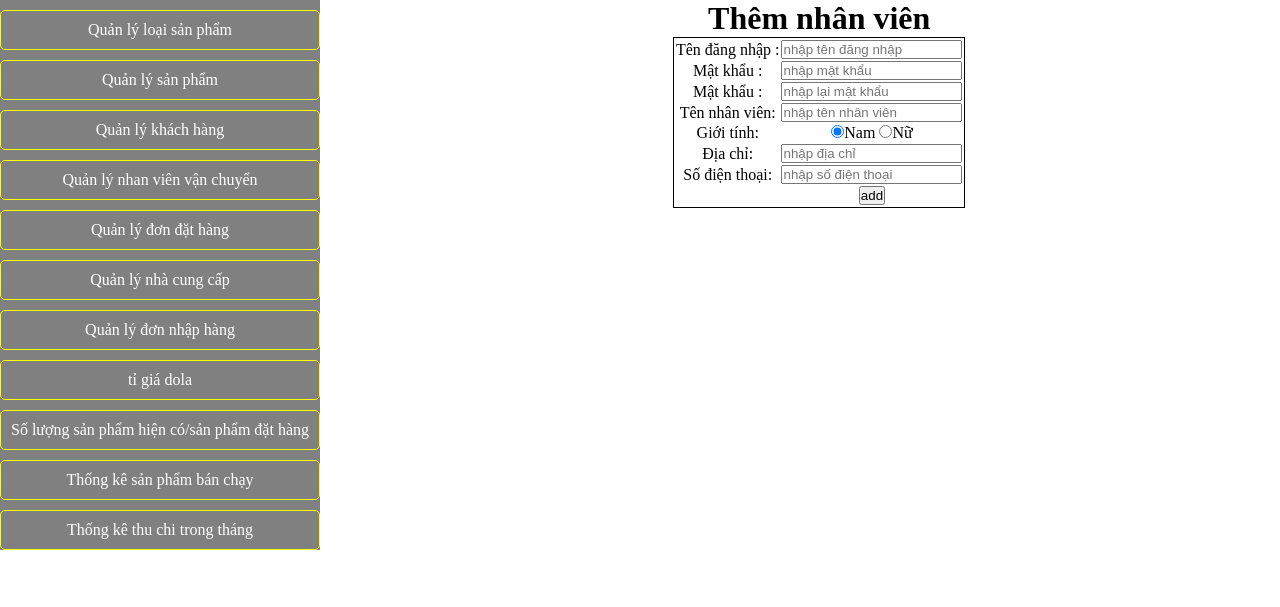
Repository: tranminhtam92/web
Page: http://localhost/demoview/admin/AddEmployee.jsp
An editor plug-in stored every save of this project. The page is shown before and after the next save, followed by the edit.
The browser window is 1280 px wide. The pictures show the whole page.
The page is served by Tomcat 9. Other server files are loaded and not shown. The template is opened directly, without the code that normally fills it, so the values that code supplies are empty.

Above is the page before, as saved 2016-12-27 07:30:04.

### Code/demoview/WebContent/admin/AddEmployee.jsp
<%@ page language="java" contentType="text/html; charset=UTF-8"
    pageEncoding="UTF-8"%>
      <%@ taglib uri="http://java.sun.com/jsp/jstl/core" prefix="c"%>
<!DOCTYPE html PUBLIC "-//W3C//DTD HTML 4.01 Transitional//EN" "http://www.w3.org/TR/html4/loose.dtd">
<html>
<head>
<meta http-equiv="Content-Type" content="text/html; charset=UTF-8">
<link href="${pageContext.request.contextPath}/admin/Adminstyle.css" rel="stylesheet" type="text/css">
<script type="text/javascript">
function checkpassword(){
	var pass=document.getElementById("password").value;
	var repass=document.getElementById("repassword").value;
	if(pass!=repass){
		document.getElementById("error").innerHTML="lỗi, nhập lại mật khẩu không chính xác"
		return false
	}
	return true;
}
</script>
<title>Quản lý nhân viên</title>
</head>
<body>
<div class="wrapper">
<div class="content">
<div class="left">
<jsp:include page="menu.jsp"></jsp:include>
</div>
<div class="right">
<h1>Thêm nhân viên</h1>
<h2 id="error">${error}</h2>
<div class="table">
<form action="${pageContext.request.contextPath}/Adminnhanvienduyetdon" method="post" onsubmit="return checkpassword()">
<table>
<tr>
<td>Tên đăng nhập :</td>

<td> <input type="text" name="employeecode" placeholder="nhập tên đăng nhập" value="${employee.manhanvien}" required></td>
</tr>
<tr>
<td>Mật khẩu :</td>

<td> <input id="password" type="password" name="password" placeholder="nhập mật khẩu"  value="${password}" required></td>
</tr>
<td>Mật khẩu :</td>

<td> <input id="repassword" type="password" name="repassword" placeholder="nhập lại mật khẩu" value="${password}" required></td>
</tr>
<tr>
<td> Tên nhân viên:</td>
<td> <input type="text" name="employeename" placeholder="nhập tên nhân viên" value="${employee.tennhanvien}" required></td>
</tr>
<tr>
<td> Giới tính:</td>
<td>
<c:if test="${employee==null}">
 <input type="radio" name="sex"  value="true" checked="checked">Nam
<input type="radio" name="sex"  value="false" >Nữ</td>
</c:if>
<c:if test="${employee.gioitinh==true}">
 <input type="radio" name="sex"  value="true" checked="checked">Nam
<input type="radio" name="sex"  value="false" >Nữ</td>
</c:if>
<c:if test="${employee.gioitinh==false}">
 <input type="radio" name="sex"  value="true" >Nam
<input type="radio" name="sex"  value="false" checked="checked" >Nữ</td>
</c:if>
</tr>
<tr>
<td> Địa chỉ:</td>
<td> <input type="text" name="employeeaddress" placeholder="nhập địa chỉ" value="${employee.diachi}" required></td>
</tr>
<tr>
<td> Số điện thoại:</td>
<td> <input type="text" name="employeetel" placeholder="nhập số điện thoại" value="${employee.sodienthoai}" required></td>
</tr>

<tr>
<td></td>
<td> <input type="submit" name="key" value="add"></td>
</tr>
</table>
</form>
</div>
</div>
</div>
</div>
</body>
</html>

### Code/demoview/WebContent/admin/menu.jsp
<%@ page language="java" contentType="text/html; charset=UTF-8"
    pageEncoding="UTF-8"%>
      <%@ taglib uri="http://java.sun.com/jsp/jstl/core" prefix="c"%>
          <%@ taglib prefix="fmt" uri="http://java.sun.com/jsp/jstl/fmt" %>
<!DOCTYPE html PUBLIC "-//W3C//DTD HTML 4.01 Transitional//EN" "http://www.w3.org/TR/html4/loose.dtd">
<html>
<head>
<meta http-equiv="Content-Type" content="text/html; charset=UTF-8">
<link href="${pageContext.request.contextPath}/admin/Adminstyle.css" rel="stylesheet" type="text/css">
<title>Quản lý sản phẩm</title>
</head>
<body>
<ul>
<li><a href="${pageContext.request.contextPath}/AdminProducttype?key=view"> Quản lý loại sản phẩm</a>
<li><a href="${pageContext.request.contextPath}/Adminproduct?key=view"> Quản lý sản phẩm</a>
<li><a href="${pageContext.request.contextPath}/Admincustomer?key=view"> Quản lý khách hàng</a>
<li><a href="${pageContext.request.contextPath}/Adminemployee?key=view"> Quản lý nhan viên vận chuyển</a>
<li><a href="${pageContext.request.contextPath}/Adminorder?key=view"> Quản lý đơn đặt hàng</a>
<li><a href="${pageContext.request.contextPath}/Adminmanufactor?key=view"> Quản lý nhà cung cấp</a>
<li><a href="${pageContext.request.contextPath}/Adminimportproduct?key=view"> Quản lý đơn nhập hàng</a>
<li><a href="${pageContext.request.contextPath}/Tygiado?key=view"> tỉ giá dola</a>
<c:if test="${sessionScope.role!=null}">
<c:if test="${sessionScope.role=='quantri'}">
<li><a href="${pageContext.request.contextPath}/Adminnhanvienduyetdon?key=view"> Quản lý nhân viên</a>
</c:if>
</c:if>
<li><a href="${pageContext.request.contextPath}/Reportproduct"> Số lượng sản phẩm hiện có/sản phẩm đặt hàng</a>
<li><a href="${pageContext.request.contextPath}/Reportsellingproducts?key=view"> Thống kê sản phẩm bán chạy</a>
<li><a href="${pageContext.request.contextPath}/Report_revenues_and_expenditures"> Thống kê thu chi trong tháng</a>
</ul>
</body>

### Code/demoview/WebContent/admin/Adminstyle.css
@CHARSET "ISO-8859-1";
*{
    margin: 0;
    padding: 0;
    text-decoration: none;
}
div{
	display: block;
}

td{
	text-align: center;
}
ul li{
		text-decoration: none;
	list-style-type: none;
}
a{

		text-decoration: none;
	list-style-type: none;
}
.wrapper{
	width: 100%;
	height:auto;
}
.header{
	width: 100%;
	height: 50px;
	background-color: black;
	color: white;
}
.content{
		width: 100%;
	height:auto;

}
.content .left{
	width: 25%;
	height: auto;
	float:left;

	background-color: gray;
}
.content .left ul{
	margin-top: auto;
	margin-bottom: auto;
}
.content .left ul li a{
	color: white;

}
.content .left ul li a:hover{
	color: yellow;

}
.content .left ul li {
	color:blue;
		border: 1px solid yellow;
		text-align: center;
		margin-top: 10px;
		padding:10px 0 10px 0;
    -moz-border-radius: 5px;
    -webkit-border-radius: 5px;
    -ms-border-radius: 5px;
    -o-border-radius: 5px;
    border-radius: 5px;
}

.content .right{
	text-align:center;
	width: 72%;
	height: 500px;
	float:right;

}
.content .right table{

	margin-left:auto;
	margin-right:auto;
	border: 1px solid black;
}
.content .right table tr{


	margin-top: 8px;
}
.content .right table tr th{

	margin-left: 8px;
}
.imgsmall{
	width: 20%;
	height: 20%;
}
.amountold{
	color:black;
	padding-top:5%;
	font-size: 15px;
	text-decoration: line-through;
}
.header li{ list-style: none;}
 .header a{text-decoration: none;color: #FFF;font-size: 16px;}
.clear{ clear: both;}

#account{ background: #00A69B; margin-top: 30px;}
.#account>ul>li{ float: left;padding: 11px 27px; position: relative; border-right: 1px dotted #ACACAC;}
.#account>ul>li:last-child{ border-right: none;}
.#account>ul>li>ul{ display: none; position: absolute; background: #00A69B;top: 41px;width: 198px; left: 0px;}
.#account>ul>li:hover ul{ display: block;}
.#account ul li:hover{ background: #5F5C5C; transition: all 0.25s;}
.#account>ul>li>ul>li{ padding: 5px 10px;}
.#account>ul>li>ul>li{ border-bottom: 1px dotted #ACACAC;}

After the next save:
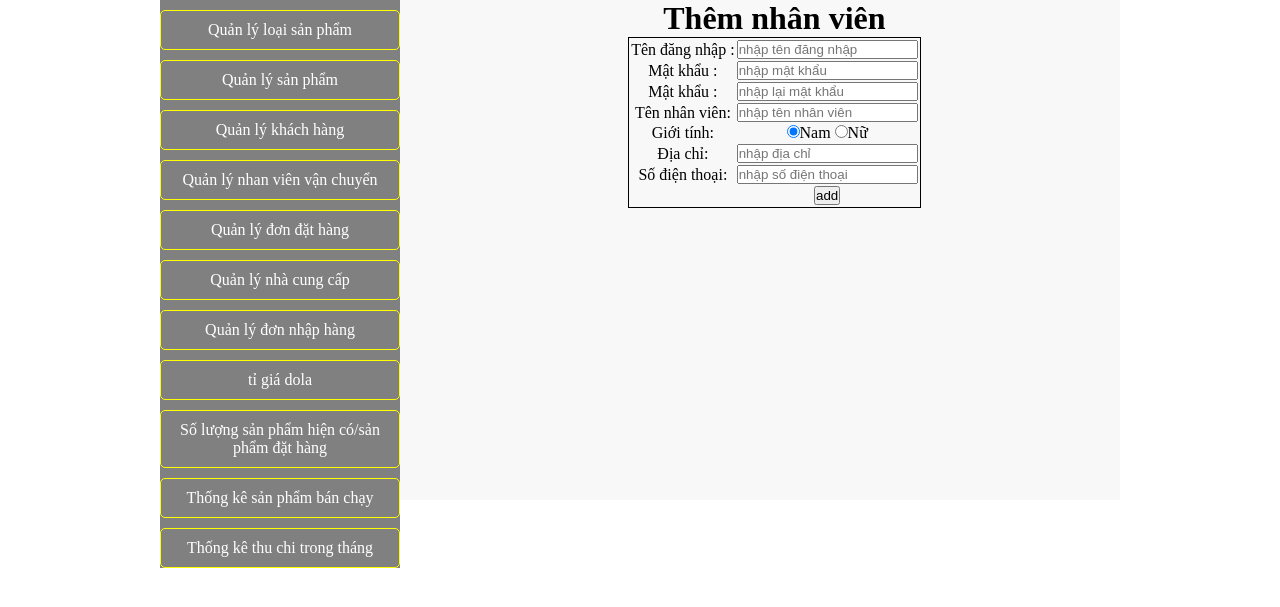
Saved 31 s later.
--- a/Code/demoview/WebContent/admin/Adminstyle.css
+++ b/Code/demoview/WebContent/admin/Adminstyle.css
@@ -99,15 +99,15 @@ a{
 	font-size: 15px;
 	text-decoration: line-through;
 }
-.header li{ list-style: none;}
- .header a{text-decoration: none;color: #FFF;font-size: 16px;}
+li{ list-style: none;}
+a{text-decoration: none;color: #FFF;font-size: 16px;}
 .clear{ clear: both;}
-
-#account{ background: #00A69B; margin-top: 30px;}
-.#account>ul>li{ float: left;padding: 11px 27px; position: relative; border-right: 1px dotted #ACACAC;}
-.#account>ul>li:last-child{ border-right: none;}
-.#account>ul>li>ul{ display: none; position: absolute; background: #00A69B;top: 41px;width: 198px; left: 0px;}
-.#account>ul>li:hover ul{ display: block;}
-.#account ul li:hover{ background: #5F5C5C; transition: all 0.25s;}
-.#account>ul>li>ul>li{ padding: 5px 10px;}
-.#account>ul>li>ul>li{ border-bottom: 1px dotted #ACACAC;}
+.wrapper{ width: 960px; height: 500px; background: #F8F8F8; margin: 0px auto; }
+.main_menu{ background: #00A69B; margin-top: 30px;}
+.main_menu>ul>li{ float: left;padding: 11px 27px; position: relative; border-right: 1px dotted #ACACAC;}
+.main_menu>ul>li:last-child{ border-right: none;}
+.main_menu>ul>li>ul{ display: none; position: absolute; background: #00A69B;top: 41px;width: 198px; left: 0px;}
+.main_menu>ul>li:hover ul{ display: block;}
+.main_menu ul li:hover{ background: #5F5C5C; transition: all 0.25s;}
+.main_menu>ul>li>ul>li{ padding: 5px 10px;}
+.main_menu>ul>li>ul>li{ border-bottom: 1px dotted #ACACAC;}
